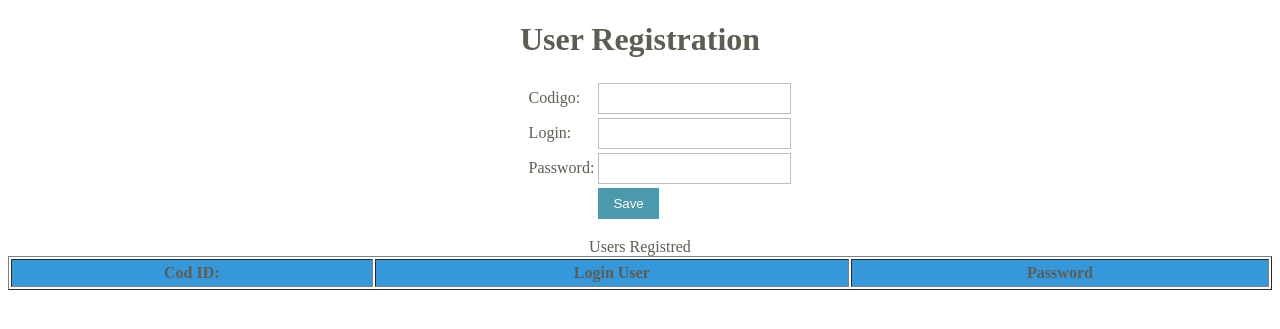
Repository: ViniciusBeletella/project-jsp
Page: http://localhost/project-jsp/userRegistration.jsp
These files come from the project's save history. The page is drawn as it stood at one moment and after the next save; the edit follows.
The browser window is 1280 px wide. The pictures show the whole page.
The page is served by Tomcat 9. Other server files are loaded and not shown.

Above is the page before, as saved 2019-12-20 23:48:57.

### project-jsp/WebContent/userRegistration.jsp
<%@ page language="java" contentType="text/html; charset=UTF-8"
	pageEncoding="UTF-8"%>
<%@ taglib uri="http://java.sun.com/jsp/jstl/core" prefix="c"%>
<!DOCTYPE html>
<html>
<head>
<meta charset="UTF-8">
<title>User Registration</title>
<link rel="stylesheet" href="resources/css/registration.css">
</head>
<body>

	<center>
		<h1>User Registration</h1>
	</center>
	</tr>
	<tr></tr>
	<tr>
		<center>
			<form action="saveUser" method="post">
				<ul class="form-style-1">
					<li>
						<table>
							<tr>
								<td>Codigo:</td>
								<td><input type="text" readonly="readonly" id="id"
									name="id" value="${user.id}"></td>
							</tr>
							<tr>
								<td>Login:</td>
								<td><input type="text" id="login" name="login"
									value="${user.login}"></td>
							</tr>

							<tr>
								<td>Password:</td>
								<td><input type="password" id="password" name="password"
									value="${user.password}"></td>
							</tr>
							<tr>
								<td></td>
								<td><input type="submit" value="Save"></td>
							</tr>
						</table>
					</li>
				</ul>
			</form>
		</center>

		<table border="1" width="100%" height="100%" cellpadding="4">
				<caption>Users Registred</caption>
				<tr bgcolor="#3498DB">
				<th>Cod ID:</th>
				<th>Login User</th>
				<th>Password</th>
			</tr>
			<c:forEach items="${users}" var="userL">
				<tr>
					<td style="width: 150px"><c:out value="${userL.id}"></c:out></td>
					<td style="width: 150px"><c:out value="${userL.login}"></c:out></td>
					<td style="width: 150px"><c:out value="${userL.password}"></c:out></td>
					<td><c:out value="${user.password}"></c:out></td>
					<td><a href="saveUser?acao=delete&user=${userL.login}">Delete</a>
					</td>
					<td><a href="saveUser?acao=edit&user=${userL.login}">Edit</a></td>

				</tr>

			</c:forEach>
		</table>

</body>
</html>

### project-jsp/WebContent/resources/css/registration.css

<style type="text/css">
.form-style-1 {
	margin:10px auto;
	max-width: 400px;
	text-align:center;
	padding: 20px 12px 10px 20px;
	font: 13px "Lucida Sans Unicode", "Lucida Grande", sans-serif;
}
.form-style-1 li {
	padding: 0;
	display: block;
	list-style: none;
	margin: 10px 0 0 0;
}
.form-style-1 label{
	margin:0 0 3px 0;
	padding:0px;
	text-align:center;
	display:block;
	font-weight: bold;
}
.form-style-1 input[type=text],
.form-style-1 input[type=password],
.form-style-1 input[type=date],
.form-style-1 input[type=datetime],
.form-style-1 input[type=number],
.form-style-1 input[type=search],
.form-style-1 input[type=time],
.form-style-1 input[type=url],
.form-style-1 input[type=email],
textarea,
select{
	box-sizing: border-box;
	-webkit-box-sizing: border-box;
	-moz-box-sizing: border-box;
	border:1px solid #BEBEBE;
	padding: 7px;
	margin:0px;
	-webkit-transition: all 0.30s ease-in-out;
	-moz-transition: all 0.30s ease-in-out;
	-ms-transition: all 0.30s ease-in-out;
	-o-transition: all 0.30s ease-in-out;
	outline: none;
}
.form-style-1 input[type=text]:focus,
.form-style-1 input[type=password]:focus,
.form-style-1 input[type=date]:focus,
.form-style-1 input[type=datetime]:focus,
.form-style-1 input[type=number]:focus,
.form-style-1 input[type=search]:focus,
.form-style-1 input[type=time]:focus,
.form-style-1 input[type=url]:focus,
.form-style-1 input[type=email]:focus,
.form-style-1 textarea:focus,
.form-style-1 select:focus{
	-moz-box-shadow: 0 0 8px #88D5E9;
	-webkit-box-shadow: 0 0 8px #88D5E9;
	box-shadow: 0 0 8px #88D5E9;
	border: 1px solid #88D5E9;
}
.form-style-1 .field-divided{
	width: 49%;
}

.form-style-1 .field-long{
	width: 100%;
}
.form-style-1 .field-select{
	width: 100%;
}
.form-style-1 .field-textarea{
	height: 100px;
}
.form-style-1 input[type=submit], .form-style-1 input[type=button]{
	background: #4B99AD;
	padding: 8px 15px 8px 15px;
	border: none;
	color: #fff;
}
.form-style-1 input[type=submit]:hover, .form-style-1 input[type=button]:hover{
	background: #4691A4;
	box-shadow:none;
	-moz-box-shadow:none;
	-webkit-box-shadow:none;
}
.form-style-1 .required{
	color:red;
}
$bp-maggie: 15em;
$bp-lisa: 30em;
$bp-bart: 48em;
$bp-marge: 62em;
$bp-homer: 75em;


* {
 @include box-sizing(border-box);

 &:before,
 &:after {
   @include box-sizing(border-box);
 }
}

body {
  font-family: $helvetica;
  color: rgba(94,93,82,1);
}

a {
  color: rgba(51,122,168,1);

  &:hover,
  &:focus {
    color: rgba(75,138,178,1);
  }
}






.flat-table {
  display: block;
  font-family: sans-serif;
  margin-left: auto;
  margin-right: auto;
  -webkit-font-smoothing: antialiased;
  font-size: 115%;
  overflow: auto;
  width: auto;

  th {
    background-color: rgb(112, 196, 105);
    color: white;
    font-weight: normal;
    padding: 20px 30px;
    text-align: center;
  }
  td {
    background-color: rgb(238, 238, 238);
    color: rgb(111, 111, 111);
    padding: 20px 30px;

  }
}
}

After the next save:
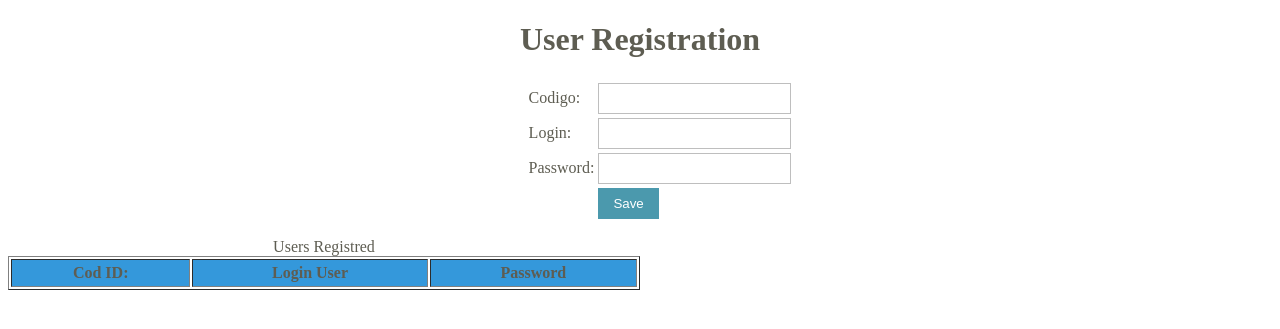
Saved 6 days later.
--- a/project-jsp/WebContent/userRegistration.jsp
+++ b/project-jsp/WebContent/userRegistration.jsp
@@ -47,7 +47,7 @@
 			</form>
 		</center>
 
-		<table border="1" width="100%" height="100%" cellpadding="4">
+		<table border="1" width="50%" height="50%" cellpadding="4">
 				<caption>Users Registred</caption>
 				<tr bgcolor="#3498DB">
 				<th>Cod ID:</th>
